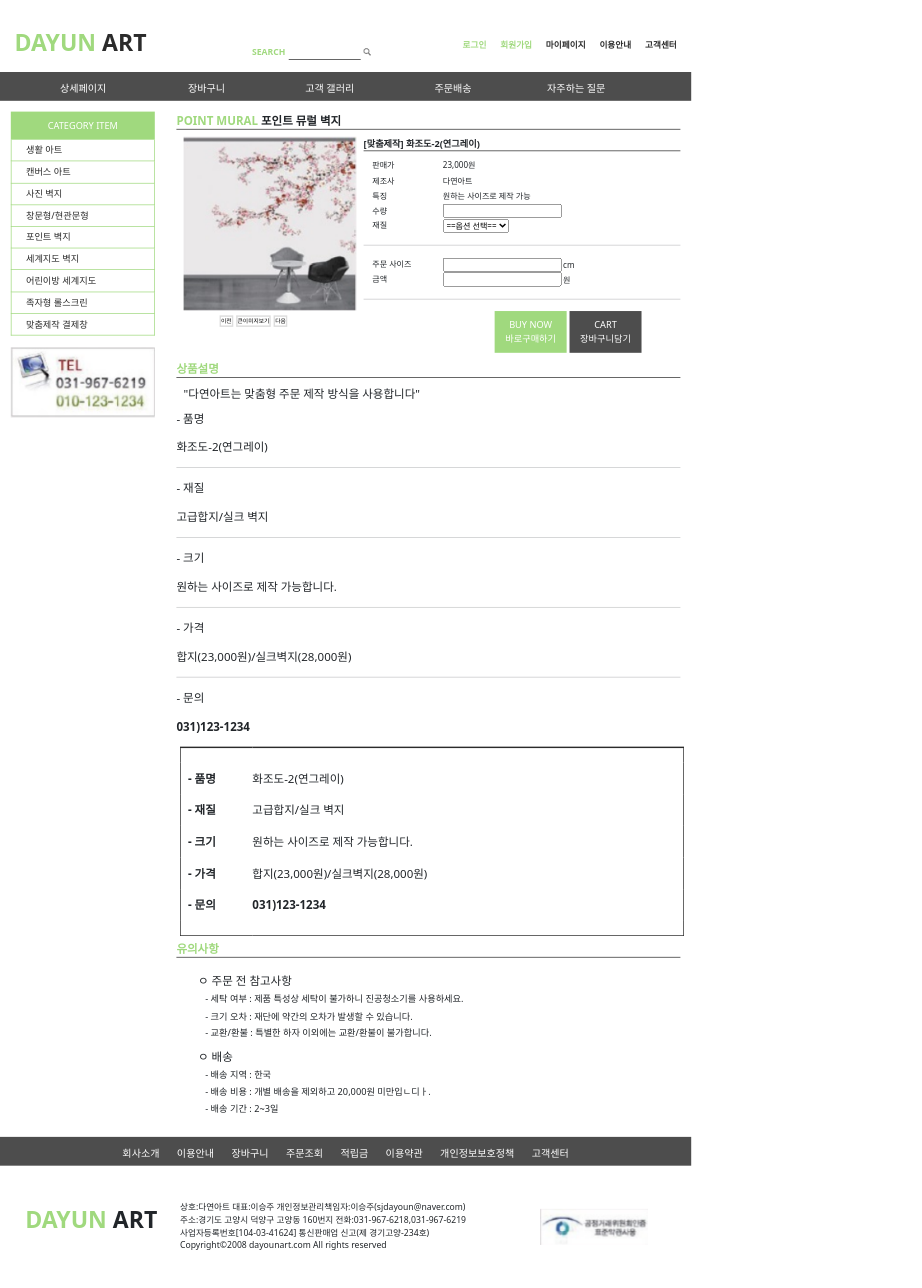
Repository: yeonddu/green_js
Page: pro01/public/bootstrap/product.html
These files come from the project's save history. The page is drawn as it stood at one moment and after the next save; the edit follows.
The browser window is 1280 px wide. The pictures show the whole page, at 72% of full size.

Above is the page before, as saved 2022-12-27 07:37:20.

### pro01/public/bootstrap/product.html
<!DOCTYPE html>
<html lang="ko">
<head>
<meta charset="utf-8">
<meta name="viewport" content="width=device-width, initial-scale=1">
<link rel="stylesheet" href="dayun.css">
<link rel="stylesheet" href="product.css">
<link href="https://cdn.jsdelivr.net/npm/bootstrap@5.2.3/dist/css/bootstrap.min.css" rel="stylesheet">

<title>Insert title here</title>

</head>
<body>
 <header>
	 <div id="top">
	 	 	<div class="logo"><a href="#"><span class="brand">DAYUN</span> ART</a></div>
			<div id="search">
				<div id="search-title">SEARCH</div>
				<input id="search-input" type="search">
				<a href="#"><img src="images/glass.png"></a>
			</div>
			<div id="top-menu">
				<ul>
					<li><a class="brand" href="#">로그인</a></li>
					<li><a class="brand" href="#">회원가입</a></li>
					<li><a href="#">마이페이지</a></li>
					<li><a href="#">이용안내</a></li>
					<li><a href="#">고객센터</a></li>
				</ul>
			</div>
		 </div>
	 <div id="main-menu">
	 	<ul>
	 		<li><a href="#">상세페이지</a></li>
	 		<li><a href="#">장바구니</a></li>
	 		<li><a href="#">고객 갤러리</a></li>
	 		<li><a href="#">주문배송</a></li>
	 		<li><a href="#">자주하는 질문</a></li>
	 	</ul>
	 </div>
</header>
<section>
	<div id="cont-left">
		<div id="cate">
			<div id="cate-title">CATEGORY ITEM</div>
			<ul>
			<li><a href="#">생활 아트</a></li>
			<li><a href="#">캔버스 아트</a></li>
			<li><a href="#">사진 벽지</a></li>
			<li><a href="#">창문형/현관문형</a></li>
			<li><a href="#">포인트 벽지</a></li>
			<li><a href="#">세계지도 벽지</a></li>
			<li><a href="#">어린이방 세계지도</a></li>
			<li><a href="#">족자형 롤스크린</a></li>
			<li><a href="#">맞춤제작 결제창</a></li>
			</ul>
		</div>

		<div id="tel">
			<img src="images/tel.png" alt="tel">
		</div>
	</div>
	<div id="cont-right">
		<div id="product">
			<div id="box1" >
				<div class="product-title"><span class="brand">POINT MURAL</span> 포인트 뮤럴 벽지</div>
				<div id="box1-left">
					<img src="images/product.png">
					<div id="img-btn">
						<button>이전</button>
						<button>큰이미지보기</button>
						<button>다음</button>
					</div>
				</div>
				<div id="box1-right">
					<div  class="product-title">[맞춤제작] 화조도-2(연그레이)</div>
					<table>
						<tr>
							<td>판매가</td>
							<td>23,000원</td>
						</tr>
						<tr>
							<td>제조사</td>
							<td>다연아트</td>
						</tr>
						<tr>
							<td>특징</td>
							<td>원하는 사이즈로 제작 가능</td>
						</tr>
						<tr>
							<td>수량</td>
							<td><input type="text"></td>
						</tr>
						<tr>
							<td>재질</td>
							<td><select>
								<option selected>==옵션 선택==</option>
								<option>옵션 1</option>
								<option>옵션 2</option>
								<option>옵션 3</option>
							</select></td>
						</tr>
					</table>
					<hr>
					<table>
						<tr>
							<td>주문 사이즈</td>
							<td><input type="text">cm</td>
						</tr>
						<tr>
							<td>금액</td>
							<td><input type="text">원</td>
						</tr>
					</table>
					<hr>
					<div id="box1-btn1"><a href="#">BUY NOW<br>바로구매하기</a></div>
					<div id="box1-btn2"><a href="#">CART<br>장바구니담기</a></div>

				</div>
			</div>
			<div id="box2" >
				<div class="product-title"><span class="brand">상품설명</span></div>
				<div>
					<div id="box2-title">"다연아트는 맞춤형 주문 제작 방식을 사용합니다"</div>
					<div id="box2-content">
						<p>- 품명</p>
						<p>화조도-2(연그레이)</p>
						<hr>
						<p>- 재질</p>
						<p>고급합지/실크 벽지</p>
						<hr>
						<p>- 크기</p>
						<p>원하는 사이즈로 제작 가능합니다.</p>
						<hr>
						<p>- 가격</p>
						<p>합지(23,000원)/실크벽지(28,000원)</p>
						<hr>
						<p>- 문의</p>
						<p><b>031)123-1234</b></p>
					</div>
					<table>
						<tr>
							<td></td>
						</tr>
						<tr>
							<td>- 품명</td>
							<td>화조도-2(연그레이)</td>
						</tr>
						<tr>
							<td>- 재질</td>
							<td>고급합지/실크 벽지</td>
						</tr>
						<tr>
							<td>- 크기</td>
							<td>원하는 사이즈로 제작 가능합니다.</td>
						</tr>
						<tr>
							<td>- 가격</td>
							<td>합지(23,000원)/실크벽지(28,000원)</td>
						</tr>
						<tr>
							<td>- 문의</td>
							<td><b>031)123-1234</b></td>
						</tr>
						<tr>
							<td></td>
						</tr>
					</table>
				</div>
			</div>
			<div id="box3" >
				<div class="product-title"><span class="brand">유의사항</span></div>
				<div id="box3-content">
					<div>ㅇ 주문 전 참고사항</div>
						<p>- 세탁 여부 : 제품 특성상 세탁이 불가하니 진공청소기를 사용하세요.</p>
						<p>- 크기 오차 : 재단에 약간의 오차가 발생할 수 있습니다.</p>
						<p>- 교환/환불 : 특별한 하자 이외에는 교환/환불이 불가합니다.</p>
					<div>ㅇ 배송</div>
						<p>- 배송 지역 : 한국</p>
						<p>- 배송 비용 : 개별 배송을 제외하고 20,000원 미만입ㄴ디ㅏ.</p>
						<p>- 배송 기간 : 2~3일</p>
				</div>
			</div>
		</div>
	</div>
		<div id="bottom-menu">
	 	<ul>
	 		<li><a href="#">회사소개</a></li>
	 		<li><a href="#">이용안내</a></li>
	 		<li><a href="#">장바구니</a></li>
	 		<li><a href="#">주문조회</a></li>
	 		<li><a href="#">적립금</a></li>
	 		<li><a href="#">이용약관</a></li>
	 		<li><a href="#">개인정보보호정책</a></li>
	 		<li><a href="#">고객센터</a></li>
	 	</ul>
	 </div>
</section>
<footer>
	<div class="logo"><span class="brand">DAYUN</span> ART</div>
	<div id="item2">상호:다연아트 대표:이승주 개인정보관리책임자:이승주(sjdayoun@naver.com)<br>
		주소:경기도 고양시 덕양구 고양동 160번지 전화:031-967-6218,031-967-6219<br>
		사업자등록번호[104-03-41624] 통신판매업 신고(제 경기고양-234호)<br>
		Copyright©2008 dayounart.com All rights reserved
	</div>
	<img src="images/certi.png" alt="공정거래위원회인증표준약관사용">
</footer>
</body>
</html>

### pro01/public/bootstrap/dayun.css
@charset "EUC-KR";

* {
	margin:0;
	padding:0;
}

body {
	background:#F0F0F0;
	width:960px;
}
.brand {
	color:#A0D97E;
}

header a {
	text-decoration:none;
	color:#2B2B2B;
}
header #top {
	height:100px;
	position:relative;
}
header .logo {
	font-size:2em;
	position:relative;
	top:35px;
	left:20px;
	font-weight:bold;
}

header #search {
	position:relative;
	top:10px;
	left:350px;
	display:block;
	float:left;
	color:#A0D97E;
}

header #search-title {
	display:inline-block;
	font-size:12px;
	font-weight:bold;
}

header #search-input {
	border:none;
	border-bottom:1px solid #2B2B2B;
	background:none;
	width:100px;
}

header #top-menu {
	position:relative;
	float:right;
	margin: 0 10px;
}
header #top-menu ul li{
	display:inline-block;
	font-size:12px;
	margin-right:5px;
	padding:5px;
	font-weight:bold;
}

header #main-menu {
	height:40px;
	background:#4D4D4D;
	justify-content:center;
}

header #main-menu ul li {
	list-style:none;
	display:inline-block;
	width:18%;
	padding:10px;
	text-align:center;

}
header #main-menu a {
	color:white;
	font-size:14px;
}

section #bottom-menu {
	position:relative;
	clear:both;
	height:40px;
	background:#4D4D4D;

}

#bottom-menu ul {
	padding:10px;
	text-align:center;
}

section #bottom-menu ul li {
	display:inline-block;
	list-style:none;

}
section #bottom-menu a {
	color:white;
	text-decoration:none;
	font-size:14px;
	padding:10px;
}

footer .logo {
	font-size:2em;
	position:relative;
	top:50px;
	left:35px;
	font-weight:bold;
}

footer #item2 {
	position:relative;
	top:0px;
	left:250px;
	font-size:12px;
}

footer img {
	position:relative;
	left:750px;
	top:-60px;
	width:150px;
}

### pro01/public/bootstrap/product.css
@charset "EUC-KR";

section #cont-left {
	float:left;
	margin:10px;
	padding:5px;
}

section #cate #cate-title {
	background:#A0D97E;
	color:white;
	width:200px;
	margin:0;
	padding:10px 5px;
}

section #cate-title {
	text-align:center;
	font-size:0.8em;
}

section #cate ul {
	padding:0;
}
section #cate li {
	border :1px solid #A0D97E;
	border-top:none;
	list-style:none;
	width:200px;
	padding:5px 5px 5px 20px;
	font-size:0.8em;
}

section #cate a {
	text-decoration:none;
	color:#2B2B2B;
}

section #tel img {
	width:200px;
}
section #cont-right {
	float:left;
	margin:10px;
	padding:5px;
}

section #product {
	width:700px;

}
section .product-title {
	font-weight:bold;
	border-bottom: 1px solid #2B2B2B;
}

#box1-left {
	float:left;
	margin:10px;
}

#box1-left img {
	width:240px;
}
#box1-left #img-btn {
	position:relative;
	left:50px;
}

#box1-left button {
	background:white;
	border:2px solid #ddd;
	font-size:0.5em;
}

#box1-right {
	float:left;
	margin:10px 0;
	width:440px;
}

#box1-right .product-title {
	font-size:0.8em;
}
#box1-right table {
	margin:10px;
	font-size:0.7em;
}

#box1-right table td:first-child {
	width:100px;
	padding:2px;
}

#box1-right table input {
	height:20px;
	margin-right:2px;
}

#box1 #box1-btn1, #box1-btn2 {
	width:100px;
	padding:10px;
	margin:0 2px;
	float:left;
	font-size:0.8em;
	position:relative;
	left:180px;
	text-align:center;

}
#box1 #box1-btn1 a , #box1-btn2 a {
	color:white;
	text-decoration:none;
}
#box1 #box1-btn1 {
	background:#A0D97E;
}
#box1 #box1-btn2 {
	background:#A0D97E;
	background:#4D4D4D;
}

#box2 {
	clear:both;
}

#box2 #box2-title {
	margin:10px;
}
#box2 table {
	border:1px solid #2B2B2B;
	border-top:2px solid #2B2B2B;
	margin:5px;
	width:700px;
}

#box2 table td:first-child {
	width:100px;
	padding:10px;
	font-weight:bold;
}

#box3 #box3-content {
	margin:20px;

}

#box3 #box3-content div {
	margin:10px;
}

#box3 #box3-content p {
	text-indent:20px;
	line-height:0.6;
	font-size:0.8em;
}

section #bottom-menu {
	position:relative;
	clear:both;
	height:40px;
	background:#4D4D4D;

}

After the next save:
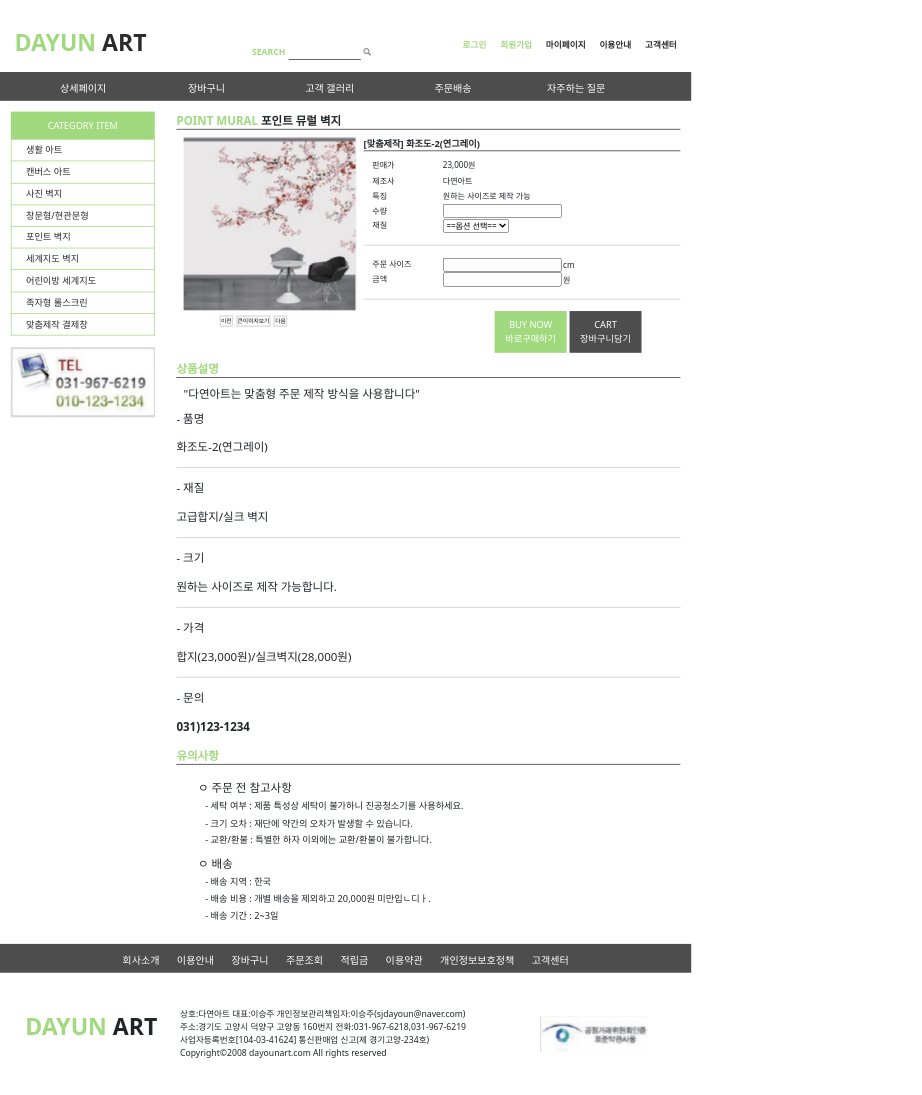
Saved 16 s later.
--- a/pro01/public/bootstrap/product.html
+++ b/pro01/public/bootstrap/product.html
@@ -138,34 +138,6 @@
 						<p>- 문의</p>
 						<p><b>031)123-1234</b></p>
 					</div>
-					<table>
-						<tr>
-							<td></td>
-						</tr>
-						<tr>
-							<td>- 품명</td>
-							<td>화조도-2(연그레이)</td>
-						</tr>
-						<tr>
-							<td>- 재질</td>
-							<td>고급합지/실크 벽지</td>
-						</tr>
-						<tr>
-							<td>- 크기</td>
-							<td>원하는 사이즈로 제작 가능합니다.</td>
-						</tr>
-						<tr>
-							<td>- 가격</td>
-							<td>합지(23,000원)/실크벽지(28,000원)</td>
-						</tr>
-						<tr>
-							<td>- 문의</td>
-							<td><b>031)123-1234</b></td>
-						</tr>
-						<tr>
-							<td></td>
-						</tr>
-					</table>
 				</div>
 			</div>
 			<div id="box3" >
